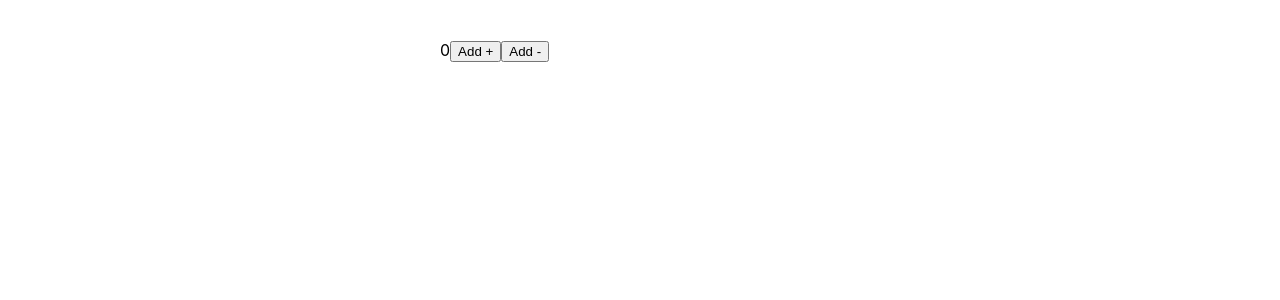
Repository: dnjfht/css-example
Page: /
These files come from the project's save history. The page is drawn as it stood at one moment and after the next save; the edit follows.
The browser window is 1280 px wide. The pictures show the whole page.
The project was rebuilt for these pictures with package versions that can differ from the ones it lists, and the page was loaded fresh each time.

Above is the page before, as saved 2023-05-09 18:43:07.

### src/App.js
import React, { useState } from "react";
import Counter from "./components/Counter";

export default function App() {
  const [count, setCount] = useState(0);
  return (
    <div>
      <Counter count={count} setCount={setCount} />
    </div>
  );
}

### src/components/Counter.jsx
import React from "react";

export default function Counter({ count, setCount }) {
  const handleClickCountUp = () => {
    setCount(count + 1);
  };

  const handleClickCountDown = () => {
    if (count > 0) setCount(count - 1);
  };

  return (
    <div style={{ width: 400, padding: 40, margin: "0 auto" }}>
      <span>{count}</span>
      <button onClick={handleClickCountUp}>Add +</button>
      <button onClick={handleClickCountDown}>Add -</button>
    </div>
  );
}

Loaded but not shown: public/index.html (common file); src/index.js (common file); src/index.css (common file); src/reportWebVitals.js (common file)

After the next save:
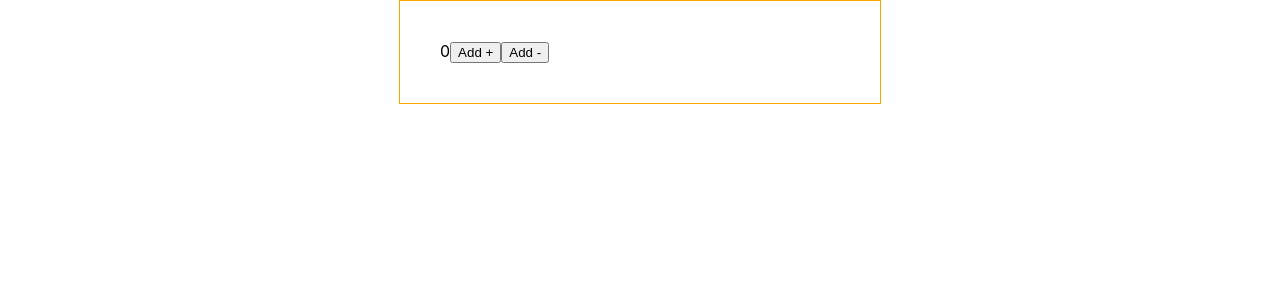
Saved 9 s later.
--- a/src/components/Counter.jsx
+++ b/src/components/Counter.jsx
@@ -10,7 +10,14 @@ export default function Counter({ count, setCount }) {
   };
 
   return (
-    <div style={{ width: 400, padding: 40, margin: "0 auto" }}>
+    <div
+      style={{
+        width: 400,
+        padding: 40,
+        margin: "0 auto",
+        border: "1px solid orange",
+      }}
+    >
       <span>{count}</span>
       <button onClick={handleClickCountUp}>Add +</button>
       <button onClick={handleClickCountDown}>Add -</button>
